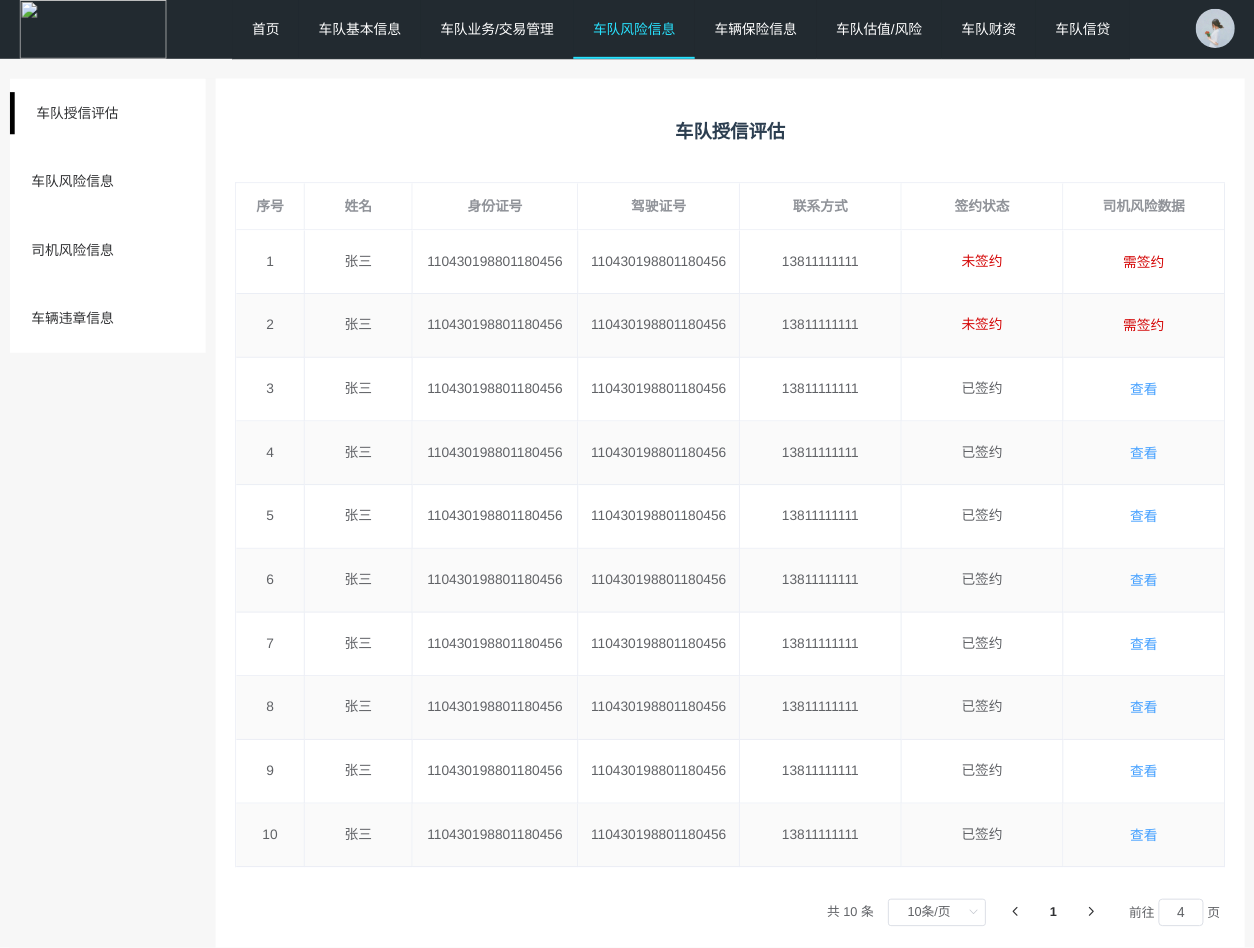
Repository: TheWomanLiketheWind/woodpecker
Page: /
The author's editor kept a copy of each file at every save. The page is drawn from the files as they stood at one save, then again after the next save.
The browser window is 1280 px wide. The pictures show the whole page, at 98% of full size.
The project was rebuilt for these pictures with package versions that can differ from the ones it lists, and the page was loaded fresh each time. Also part of the build but not shown: src/views/menuThird.vue.

Above is the page before, as saved 2019-07-26 10:05:48.

### public/index.html
<!DOCTYPE html>
<html lang="en">
  <head>
    <meta charset="utf-8">
    <meta http-equiv="X-UA-Compatible" content="IE=edge">
    <meta name="viewport" content="width=device-width,initial-scale=1.0">
    <link rel="icon" href="<%= BASE_URL %>favicon.ico">
    <title>woodpecker</title>
  </head>
  <body>
    <noscript>
      <strong>We're sorry but woodpecker doesn't work properly without JavaScript enabled. Please enable it to continue.</strong>
    </noscript>
    <div id="app"></div>
    <!-- built files will be auto injected -->
  </body>
</html>

### src/App.vue
<template>
  <div id="app">
    <router-view />
  </div>
</template>

<style lang="scss">
#app {
  font-family: "Avenir", Helvetica, Arial, sans-serif;
  -webkit-font-smoothing: antialiased;
  -moz-osx-font-smoothing: grayscale;
  text-align: center;
  color: #2c3e50;
  background: #f7f7f7;
  .el-header {
    display: flex;
    justify-content: space-between;
    align-items: center;
  }
  .menuSecond {
    .el-menu {
      border-right: 0;
    }
    .el-menu-item:focus,
    .el-menu-item:hover {
      background-color: rgb(209, 209, 209);
    }

    .el-menu-item.is-active span {
      border-left: 5px solid #000;
    }
    .el-menu-item {
      display: flex;
      align-items: center;
      padding: 0 !important;
      height: 70px;
    }

    .el-menu-item span {
      height: 43px;
      line-height: 43px;
      text-align: left;
      width: 100%;
      display: block;
      padding-left: 22px;
    }
  }
}
#nav {
  padding: 30px;
  a {
    font-weight: bold;
    color: #2c3e50;
    &.router-link-exact-active {
      color: #42b983;
    }
  }
}
body {
  margin: 0;
}
</style>

### src/router.ts
import Vue from 'vue'
import Router from 'vue-router'
import Home from './views/Home.vue'
Vue.use(Router)

export default new Router({
  mode: 'history',
  base: process.env.BASE_URL,
  routes: [
    {
      path: '/',
      name: 'home',
      component: Home,
      children: [
        {
          path: '/',
          name: 'menuSecond',
          children: [
            {
              path: '/',
              name: 'menuThird',
              component: () =>
                import(/* webpackChunkName: "about" */ './views/menuThird.vue')
            }
          ],
          component: () =>
            import(/* webpackChunkName: "about" */ './views/menuSecond.vue')
        }
      ]
    }
  ]
})

### src/views/Home.vue
<template>
  <el-container>
    <el-header class="headerAll">
      <img src=""
           class="headImage">
      <el-menu :default-active="activeIndex"
               class="el-menu-demo"
               mode="horizontal"
               background-color="#222a30"
               text-color="#fff"
               active-text-color="#29e2fe"
               @select="handleSelect">
        <el-menu-item v-for="(item, index) in menuList"
                      :key="index"
                      :index="item.index"
                      v-on:listenToChildEvent="menuClick">{{item.name}}</el-menu-item>
      </el-menu>

      <el-dropdown>
        <img src="../assets/headImage.jpg"
             class="drophead" />
        <el-dropdown-menu slot="dropdown">
          <el-dropdown-item>个人信息</el-dropdown-item>
          <el-dropdown-item>退出</el-dropdown-item>
        </el-dropdown-menu>
      </el-dropdown>
    </el-header>
    <!-- <router-link to="/menuSecond">点击跳转</router-link> -->
    <router-view />
  </el-container>
</template>

<script lang="ts">
import { Component, Vue } from "vue-property-decorator";

@Component({
  components: {}
})
export default class Home extends Vue {
  data() {
    return {
      activeIndex: "4",
      menuList: [
        {
          name: "首页",
          index: "1",
          link: ""
        },
        {
          name: "车队基本信息",
          index: "2",
          link: ""
        },
        {
          name: "车队业务/交易管理",
          index: "3",
          link: ""
        },
        {
          name: "车队风险信息",
          index: "4",
          link: ""
        },
        {
          name: "车辆保险信息",
          index: "5",
          link: ""
        },
        {
          name: "车队估值/风险",
          index: "6",
          link: ""
        },
        {
          name: "车队财资",
          index: "7",
          link: ""
        },
        {
          name: "车队信贷",
          index: "8",
          link: ""
        }
      ]
    };
  }

  private handleSelect(key: any, keyPath: any) {
    console.log(key, keyPath);
  }

  menuClick(data: any) {
    this.$router.push(data);
  }
}
</script>

<style lang="scss">
.headerAll {
  background: #222a30;
  margin-bottom: 20px;
  .headImage {
    width: 150px;
    height: 100%;
    border: 0;
  }
  .drophead {
    width: 40px;
    height: 40px;
    border-radius: 50%;
  }
}
</style>

### src/views/menuSecond.vue
<template>
  <el-container class="menuSecond">

    <el-aside width="200px"
              class="asideClass">
      <el-menu :default-active="defaultActive"
               class="el-menu-vertical-demo"
               active-text-color="#303133"
               @select="handleSelect">
        <el-menu-item v-for="(item, index) in filesList.navigeList"
                      :key="index"
                      :index="item.index">
          <span slot="title">{{item.name}}</span>
        </el-menu-item>
      </el-menu>
    </el-aside>
    <el-main class="menuSecondRight">
      <h3 class="menuSecondH3">{{filesList.navigeList[this.selectIndex].name}}</h3>
      <el-table :data="tableData"
                border
                stripe
                style="width: 100%">
        <el-table-column type="index"
                         label="序号"
                         width="70"
                         align="center">
        </el-table-column>
        <el-table-column prop="name"
                         label="姓名"
                         width="110"
                         align="center" />
        <el-table-column prop="cardId"
                         label="身份证号"
                         align="center" />
        <el-table-column prop="driveId"
                         label="驾驶证号"
                         align="center" />
        <el-table-column prop="tel"
                         label="联系方式"
                         align="center" />
        <el-table-column prop="signType"
                         label="签约状态"
                         align="center">
          <template slot-scope="scope">
            <span :class="scope.row.signType === 0?'signTypeColor':''">{{scope.row.signType === 0?'未签约':'已签约'}}</span>
          </template>
        </el-table-column>
        <el-table-column label="司机风险数据"
                         align="center">
          <template slot-scope="scope">
            <el-button type="text"
                       v-if="scope.row.signType === 0"
                       class="signTypeColor">需签约</el-button>
            <el-button type="text"
                       v-else>查看</el-button>
          </template>
        </el-table-column>
      </el-table>
      <el-pagination @size-change="handleSizeChange"
                     @current-change="handleCurrentChange"
                     :current-page="currentPage4"
                     :page-sizes="[10, 20, 50, 100]"
                     :page-size="10"
                     layout="total, sizes, prev, pager, next, jumper"
                     :total="tableData.length">
      </el-pagination>
    </el-main>
    <!-- <img src="../assets/d1c2dc3ef8561f8ba11936fef14c613.png"> -->
  </el-container>

</template>

<script lang="ts">
import Vue from "vue";
import files from "../jsonFile";

export default Vue.extend({
  data() {
    return {
      filesList: files,
      selectIndex: 0,
      defaultActive: "1",
      currentPage4: 4,
      tableData: [
        {
          name: "张三",
          cardId: "110430198801180456",
          driveId: "110430198801180456",
          tel: "13811111111",
          signType: 0
        }
      ]
    };
  },
  mounted() {
    this.defined();
  },
  methods: {
    defined() {
      for (let i = 0; i < 9; i++) {
        let object = {
          name: "张三",
          cardId: "110430198801180456",
          driveId: "110430198801180456",
          tel: "13811111111",
          signType: i === 0 ? 0 : 1
        };
        this.tableData.push(object);
      }
    },
    handleSelect(key: String) {
      this.selectIndex = Number(key) - 1;
    },
    handleSizeChange(val: Number) {
      console.log(`每页 ${val} 条`);
    },
    handleCurrentChange(val: Number) {
      console.log(`当前页: ${val}`);
    }
  }
});
</script>


<style lang="scss">
.menuSecond {
  background: #f7f7f7;
  margin: 0 10px;
  .menuSecondRight {
    background: #fff;
    margin-left: 10px;
    .menuSecondH3 {
      margin-bottom: 40px;
    }
  }
  .el-pagination {
    margin-top: 30px;
    float: right;
  }
  .signTypeColor {
    color: #d40707;
  }
}
.el-menu {
  background: #fff;
}
</style>

### src/jsonFile.ts
const fileObject = {
  navigeList: [
    {
      name: '车队授信评估',
      index: '1'
    },
    {
      name: '车队风险信息',
      index: '2'
    },
    {
      name: '司机风险信息',
      index: '3'
    },
    {
      name: '车辆违章信息',
      index: '4'
    }
  ]
}

export default fileObject

Loaded but not shown: src/main.ts (common file); src/store.ts (common file)

After the next save:
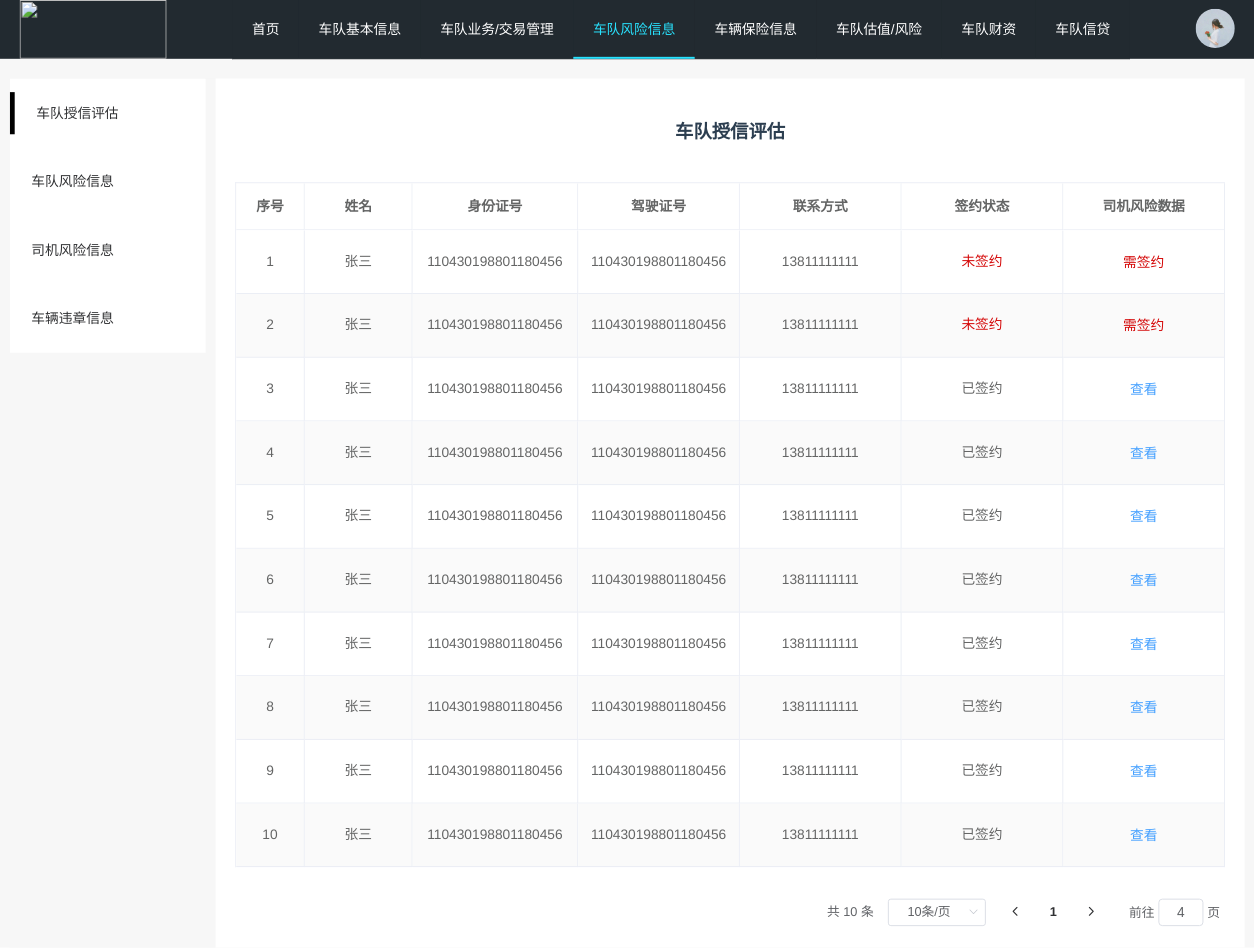
Saved 63 s later.
--- a/src/App.vue
+++ b/src/App.vue
@@ -18,6 +18,16 @@
     align-items: center;
   }
   .menuSecond {
+    .el-table__header {
+      tr {
+        background: #f7f7f7;
+        color: #191a1a;
+      }
+    }
+    .el-table th,
+    .el-table tr {
+      color: #646565;
+    }
     .el-menu {
       border-right: 0;
     }
